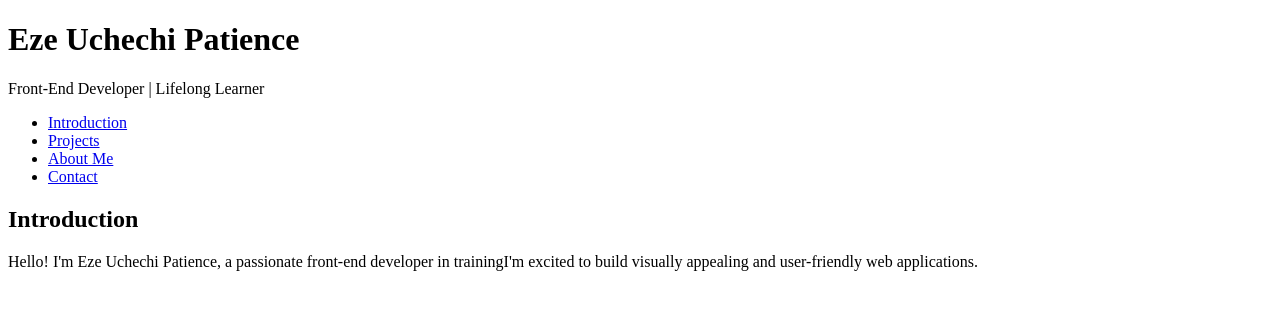
Repository: Patience225/My_First_Portfolio
Page: Portfolio/index.html
The author's editor kept a copy of each file at every save. The page is drawn from the files as they stood at one save, then again after the next save.
The browser window is 1280 px wide. The pictures show the whole page.

Above is the page before, as saved 2024-12-16 13:08:05.

### Portfolio/index.html
<!DOCTYPE html>
<html lang="en">
<head>
    <meta charset="utf-8">
    <title>Eze Uchechi Patience - Personal Portfolio</title>
</head>
<body>
    <header>
        <h1>Eze Uchechi Patience</h1>
        <p>Front-End Developer | Lifelong Learner</p>
    </header>
    <nav>
      <ul>
        <li><a href="#introduction">Introduction</a></li>
        <li><a href="#projects">Projects</a></li>
        <li><a href="#about">About Me</a></li>
        <li><a href="#contact">Contact</a></li>
    </ul>
    </nav>
    <section id="introduction">
      <h2>Introduction</h2>
    <p>Hello! I'm Eze Uchechi Patience, a passionate front-end developer in trainingI'm excited to build visually appealing and user-friendly web applications.</p>
    </section>
    <section id="projects"></section>
    <section id="about"></section>
    <section id="contact"></section>
    <footer>

    </footer>
</body>
</html>

After the next save:
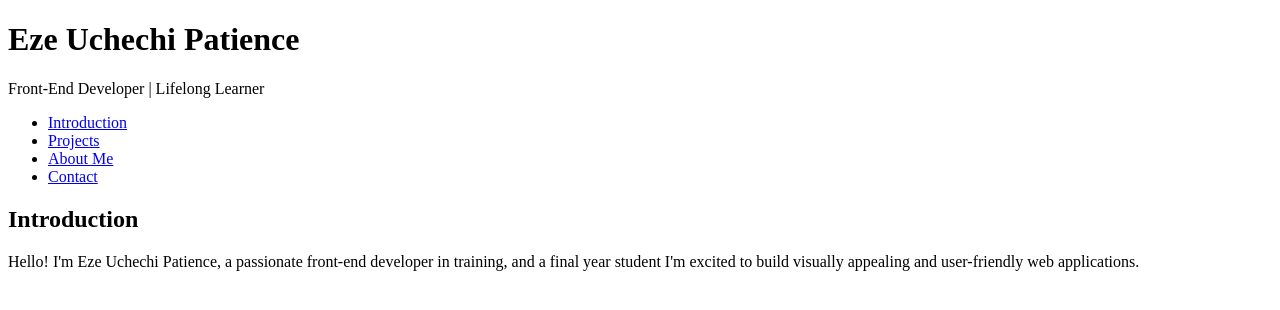
Saved 10 s later.
--- a/Portfolio/index.html
+++ b/Portfolio/index.html
@@ -19,7 +19,7 @@
     </nav>
     <section id="introduction">
       <h2>Introduction</h2>
-    <p>Hello! I'm Eze Uchechi Patience, a passionate front-end developer in trainingI'm excited to build visually appealing and user-friendly web applications.</p>
+    <p>Hello! I'm Eze Uchechi Patience, a passionate front-end developer in training, and a final year student I'm excited to build visually appealing and user-friendly web applications.</p>
     </section>
     <section id="projects"></section>
     <section id="about"></section>
